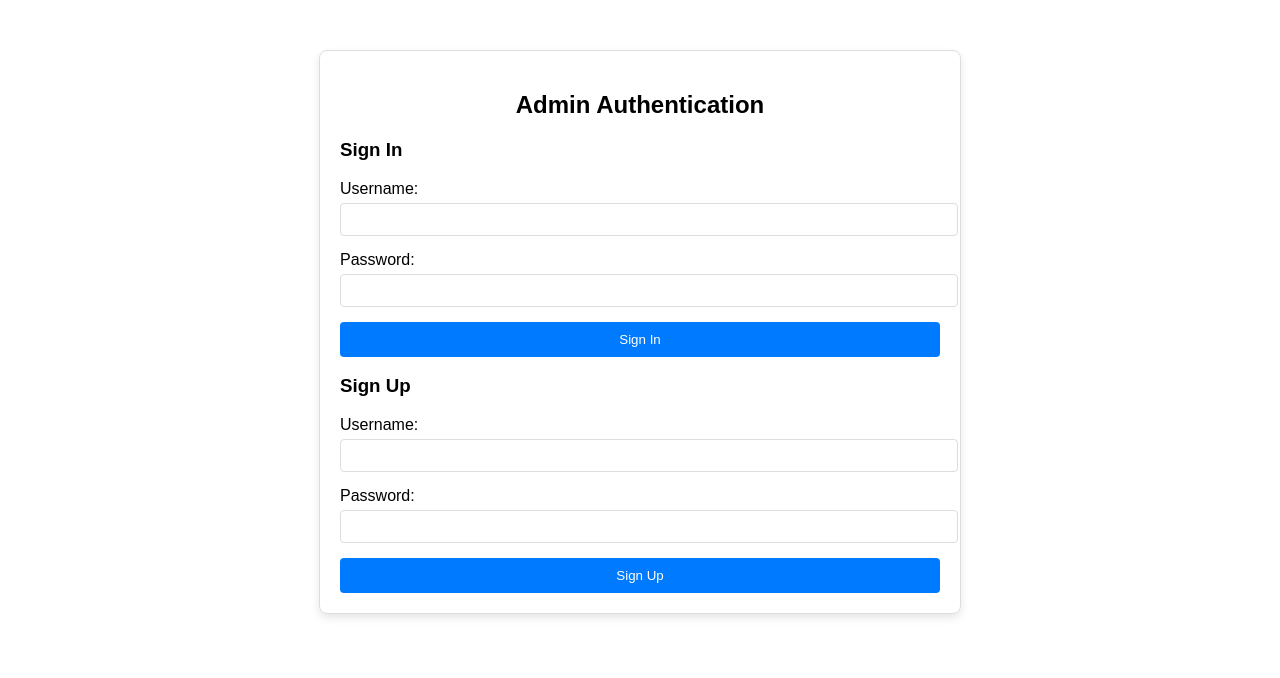
Repository: coder-jeshwanth/Billing_Management_System
Page: http://localhost/Bill_Management_System/adminAuth.jsp
An editor plug-in stored every save of this project. The page is shown before and after the next save, followed by the edit.
The browser window is 1280 px wide. The pictures show the whole page.
The page is served by Tomcat 9. Other server files are loaded and not shown.

Above is the page before, as saved 2024-12-19 09:06:28.

### Bill_Management_System/src/main/webapp/adminAuth.jsp
<!DOCTYPE html>
<html>
<head>
    <title>Admin Authentication</title>
    <style>
        body {
            font-family: Arial, sans-serif;
        }
        .container {
            max-width: 600px;
            margin: 50px auto;
            padding: 20px;
            border: 1px solid #ddd;
            border-radius: 8px;
            box-shadow: 0px 4px 8px rgba(0, 0, 0, 0.1);
        }
        h2 {
            text-align: center;
        }
        form {6
            margin-bottom: 20px;
        }
        label {
            display: block;
            margin-bottom: 5px;
        }
        input {
            width: 100%;
            padding: 8px;
            margin-bottom: 15px;
            border: 1px solid #ddd;
            border-radius: 4px;
        }
        button {
            width: 100%;
            padding: 10px;
            background-color: #007bff;
            color: white;
            border: none;
            border-radius: 4px;
            cursor: pointer;
        }
        button:hover {
            background-color: #0056b3;
        }
        .error {
            color: red;
            text-align: center;
        }
    </style>
</head>
<body>
    <div class="container">
        <h2>Admin Authentication</h2>
        <%
            String error = request.getParameter("error");
            if (error != null) {
        %>
            <p class="error"><%= error %></p>
        <%
            }
        %>

        <!-- Signin Section -->
        <form action="AdminSigninServlet" method="post">
            <h3>Sign In</h3>
            <label for="signin-username">Username:</label>
            <input type="text" name="username" id="signin-username" required>
            <label for="signin-password">Password:</label>
            <input type="password" name="password" id="signin-password" required>
            <button type="submit">Sign In</button>
        </form>

        <!-- Signup Section -->
        <form action="AdminSignupServlet" method="post">
            <h3>Sign Up</h3>
            <label for="signup-username">Username:</label>
            <input type="text" name="username" id="signup-username" required>
            <label for="signup-password">Password:</label>
            <input type="password" name="password" id="signup-password" required>
            <button type="submit">Sign Up</button>
        </form>
    </div>
</body>
</html>

After the next save:
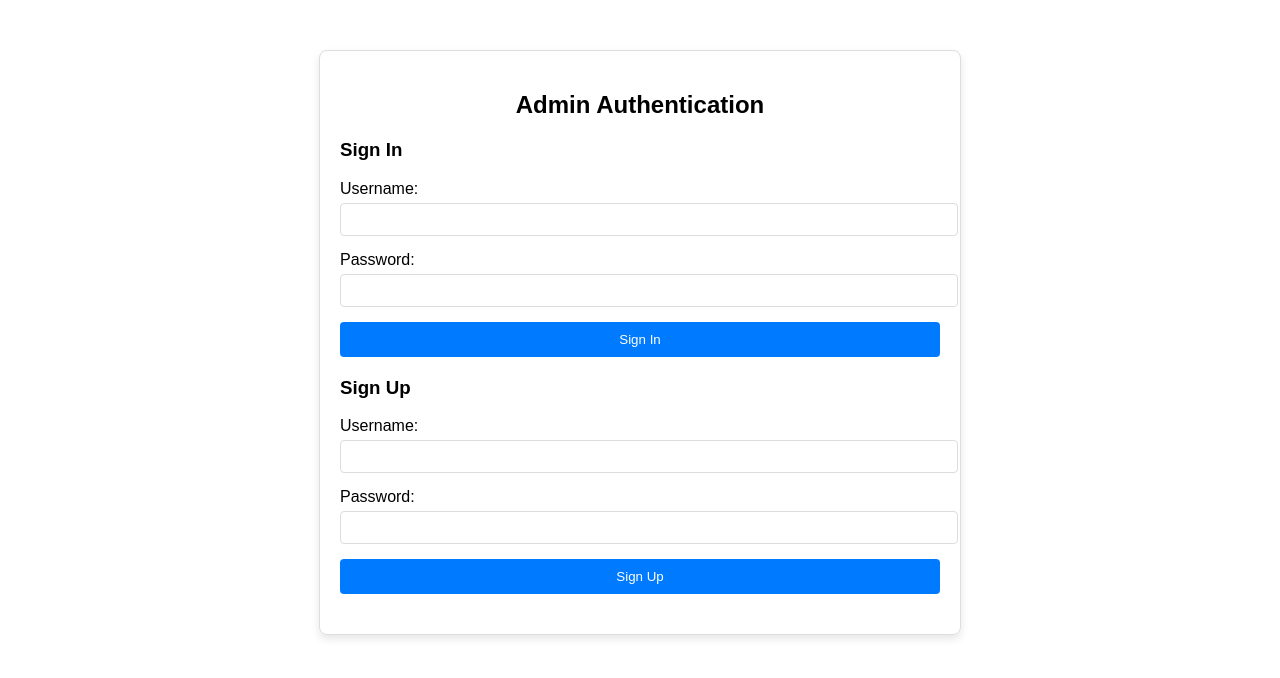
Saved 7 min 3 s later.
--- a/Bill_Management_System/src/main/webapp/adminAuth.jsp
+++ b/Bill_Management_System/src/main/webapp/adminAuth.jsp
@@ -17,7 +17,7 @@
         h2 {
             text-align: center;
         }
-        form {6
+        form {
             margin-bottom: 20px;
         }
         label {
@@ -43,23 +43,20 @@
         button:hover {
             background-color: #0056b3;
         }
-        .error {
-            color: red;
-            text-align: center;
-        }
     </style>
+    <script>
+        // Show error popup if the error message is present
+        window.onload = function () {
+            const errorMessage = '<%= request.getAttribute("errorMessage") != null ? request.getAttribute("errorMessage") : "" %>';
+            if (errorMessage) {
+                alert(errorMessage);
+            }
+        };
+    </script>
 </head>
 <body>
     <div class="container">
         <h2>Admin Authentication</h2>
-        <%
-            String error = request.getParameter("error");
-            if (error != null) {
-        %>
-            <p class="error"><%= error %></p>
-        <%
-            }
-        %>
 
         <!-- Signin Section -->
         <form action="AdminSigninServlet" method="post">
